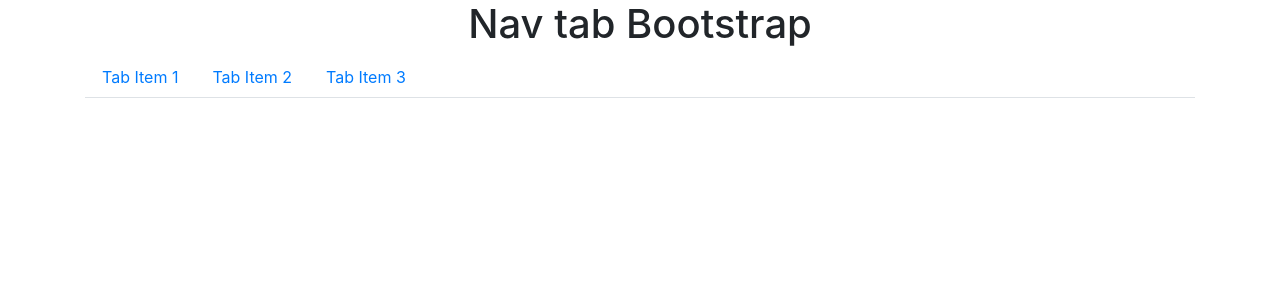
Repository: anhtu2110/front_end
Page: lesson/bootstrap/advance/5.19-nav-tabs.html
An editor plug-in stored every save of this project. The page is shown before and after the next save, followed by the edit.
The browser window is 1280 px wide. The pictures show the whole page.

Above is the page before, as saved 2022-12-17 05:46:28.

### lesson/bootstrap/advance/5.19-nav-tabs.html
<!DOCTYPE html>
<html lang="en">

<head>
    <meta charset="UTF-8" />
    <meta http-equiv="X-UA-Compatible" content="IE=edge" />
    <meta name="viewport" content="width=device-width, initial-scale=1.0" />
    <link rel="stylesheet" href="./bootstrap/css/bootstrap.min.css" />
    <title>Sử dụng tiện ích Nav Tabs bootstrap</title>
</head>

<body>
    <div class="container">
        <div class="row">
            <div class="col-md-12">
                <h1 class="text-center">Nav tab Bootstrap</h1>
                <!-- Cấu trúc tab
            #1.Tiêu đề -->
                <nav>
                    <div class="nav nav-tabs">
                        <a href="" class="nav-item nav-link">Tab Item 1</a>
                        <a href="" class="nav-item nav-link">Tab Item 2</a>
                        <a href="" class="nav-item nav-link">Tab Item 3</a>
                    </div>
                </nav>
            </div>
        </div>
    </div>
    <script src="js/jquery-3.6.1.min.js"></script>
    <script src="js/popper.min.js"></script>
    <script src="./bootstrap/js/bootstrap.min.js"></script>
</body>

</html>

Loaded but not shown: lesson/bootstrap/advance/bootstrap/css/bootstrap.min.css (library); lesson/bootstrap/advance/js/jquery-3.6.1.min.js (library); lesson/bootstrap/advance/js/popper.min.js (library); lesson/bootstrap/advance/bootstrap/js/bootstrap.min.js (library)

After the next save:
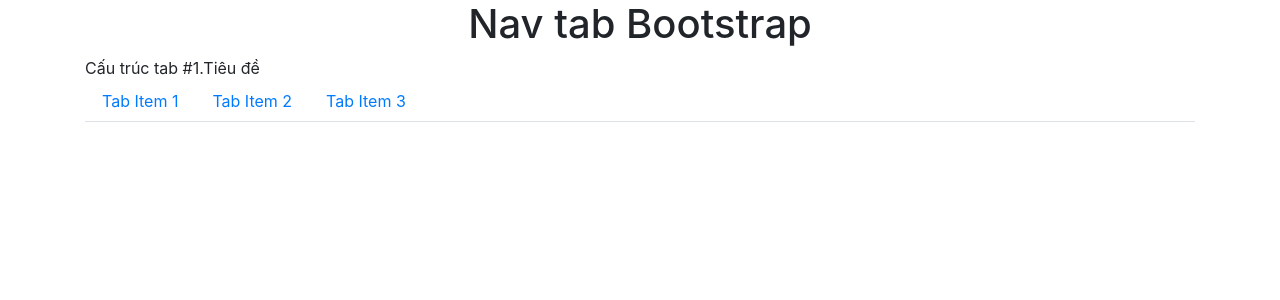
Saved 12 s later.
--- a/lesson/bootstrap/advance/5.19-nav-tabs.html
+++ b/lesson/bootstrap/advance/5.19-nav-tabs.html
@@ -14,8 +14,8 @@
         <div class="row">
             <div class="col-md-12">
                 <h1 class="text-center">Nav tab Bootstrap</h1>
-                <!-- Cấu trúc tab
-            #1.Tiêu đề -->
+                Cấu trúc tab
+                #1.Tiêu đề
                 <nav>
                     <div class="nav nav-tabs">
                         <a href="" class="nav-item nav-link">Tab Item 1</a>

After the save that followed:
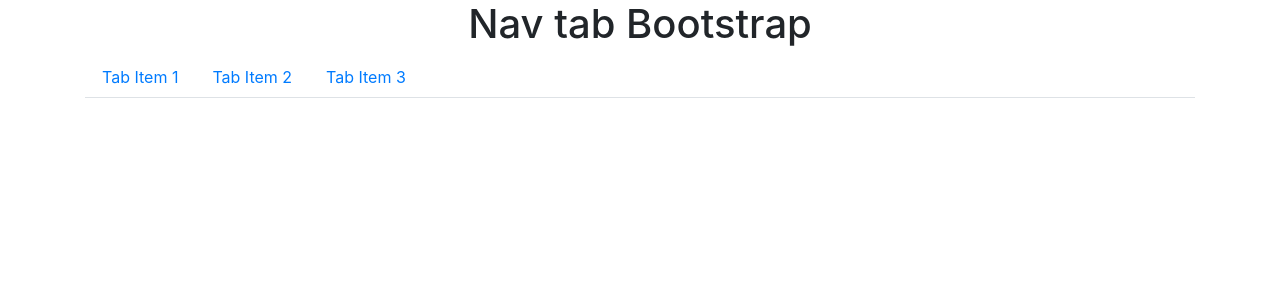
Saved 65 s later.
--- a/lesson/bootstrap/advance/5.19-nav-tabs.html
+++ b/lesson/bootstrap/advance/5.19-nav-tabs.html
@@ -14,8 +14,8 @@
         <div class="row">
             <div class="col-md-12">
                 <h1 class="text-center">Nav tab Bootstrap</h1>
-                Cấu trúc tab
-                #1.Tiêu đề
+                <!-- Cấu trúc tab -->
+                <!-- #1.Tiêu đề -->
                 <nav>
                     <div class="nav nav-tabs">
                         <a href="" class="nav-item nav-link">Tab Item 1</a>
@@ -23,6 +23,12 @@
                         <a href="" class="nav-item nav-link">Tab Item 3</a>
                     </div>
                 </nav>
+                <!-- #2. Nội dung tab  -->
+                <div class="tab-content">
+                    <div class="tab-pane show fade">Tab content 1</div>
+                    <div class="tab-pane show fade">Tab content 2</div>
+                    <div class="tab-pane show fade">Tab content 3</div>
+                </div>
             </div>
         </div>
     </div>
